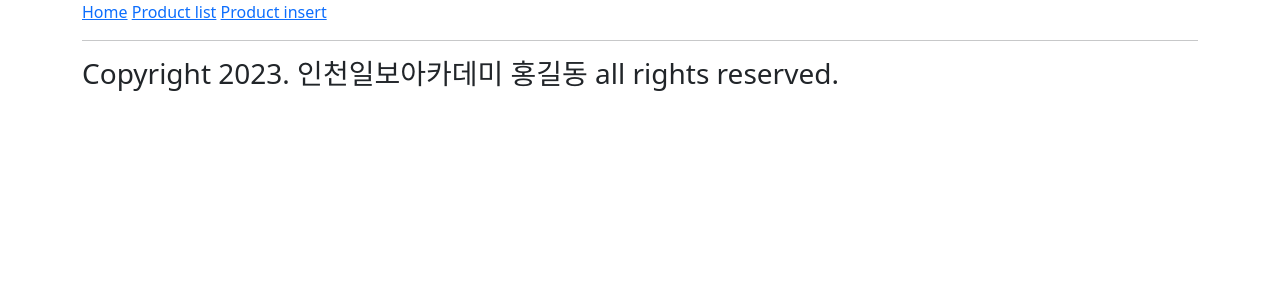
Repository: gwangso/web
Page: http://localhost/ex02/
These files come from the project's save history. The page is drawn as it stood at one moment and after the next save; the edit follows.
The browser window is 1280 px wide. The pictures show the whole page.
The page is served by Tomcat 9. Other server files are loaded and not shown.

Above is the page before, as saved 2023-07-25 00:28:38.

### ex02/src/main/webapp/home.jsp
<%@ page language="java" contentType="text/html; charset=UTF-8"
    pageEncoding="UTF-8"%>
<!DOCTYPE html>
<html>
<head>
	<meta charset="UTF-8">
	<title>상품관리프로그램</title>

	<!-- 부트스트랩 -->
	<!-- CSS only -->
	<link href="https://cdn.jsdelivr.net/npm/bootstrap@5.2.3/dist/css/bootstrap.min.css" rel="stylesheet" integrity="sha384-rbsA2VBKQhggwzxH7pPCaAqO46MgnOM80zW1RWuH61DGLwZJEdK2Kadq2F9CUG65" crossorigin="anonymous">
	<!-- JavaScript Bundle with Popper -->
	<script src="https://cdn.jsdelivr.net/npm/bootstrap@5.2.3/dist/js/bootstrap.bundle.min.js" integrity="sha384-kenU1KFdBIe4zVF0s0G1M5b4hcpxyD9F7jL+jjXkk+Q2h455rYXK/7HAuoJl+0I4" crossorigin="anonymous"></script>

</head>
<body>
	<div class="container">
		<div class="row">
			<div class="col">
				<jsp:include page="header.jsp"></jsp:include>
				<hr>
				<jsp:include page="footer.jsp"/>
			</div>
		</div>
	</div>
</body>
</html>

### ex02/src/main/webapp/header.jsp
<%@ page language="java" contentType="text/html; charset=UTF-8"
    pageEncoding="UTF-8"%>

<div class="row">
	<div class="col">
		<a href="/">Home</a>
		<a href="/pro/list">Product list</a>
		<a href="/pro/insert">Product insert</a>
	</div>
</div>

### ex02/src/main/webapp/footer.jsp
<%@ page language="java" contentType="text/html; charset=UTF-8"
    pageEncoding="UTF-8"%>

<div class="row">
	<div class="col">
		<h3>Copyright 2023. 인천일보아카데미 홍길동 all rights reserved.</h3><!-- 저작권 표기법 -->
	</div>
</div>

### ex02/src/main/java/controller/HomeController.java
package controller;

import java.io.IOException;

import javax.servlet.RequestDispatcher;
import javax.servlet.ServletException;
import javax.servlet.annotation.WebServlet;
import javax.servlet.http.HttpServlet;
import javax.servlet.http.HttpServletRequest;
import javax.servlet.http.HttpServletResponse;

@WebServlet("/")
public class HomeController extends HttpServlet {
	private static final long serialVersionUID = 1L;

    public HomeController() {
        super();
    }

	protected void doGet(HttpServletRequest request, HttpServletResponse response) throws ServletException, IOException {
		RequestDispatcher dis = request.getRequestDispatcher("home.jsp");
		dis.forward(request, response);
	}

	protected void doPost(HttpServletRequest request, HttpServletResponse response) throws ServletException, IOException {
	}
}

After the next save:
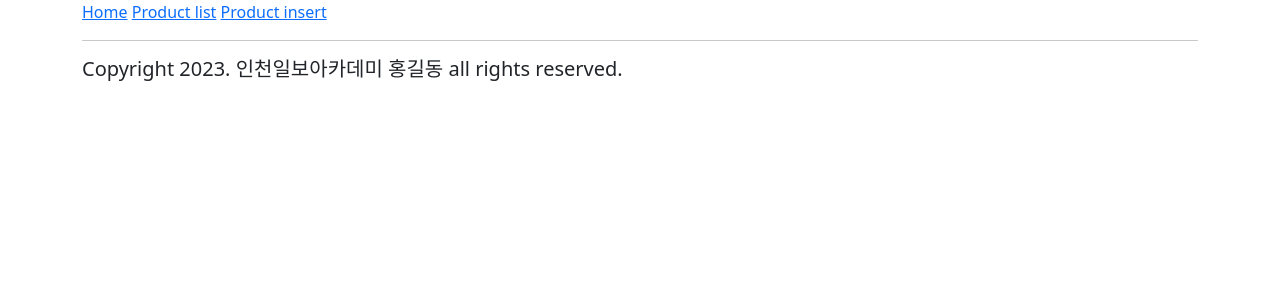
Saved 13 s later.
--- a/ex02/src/main/webapp/footer.jsp
+++ b/ex02/src/main/webapp/footer.jsp
@@ -3,6 +3,6 @@
 
 <div class="row">
 	<div class="col">
-		<h3>Copyright 2023. 인천일보아카데미 홍길동 all rights reserved.</h3><!-- 저작권 표기법 -->
+		<h5>Copyright 2023. 인천일보아카데미 홍길동 all rights reserved.</h3><!-- 저작권 표기법 -->
 	</div>
 </div>
